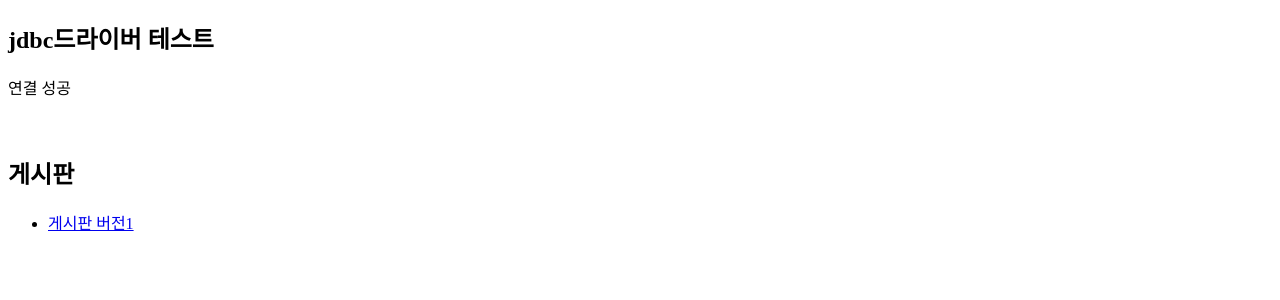
Repository: lty516/jspwork
Page: http://localhost/DBproject/
These files come from the project's save history. The page is drawn as it stood at one moment and after the next save; the edit follows.
The browser window is 1280 px wide. The pictures show the whole page.
The page is served by Tomcat 9. Other server files are loaded and not shown.

Above is the page before, as saved 2020-08-18 04:13:29.

### DBproject/WebContent/index.jsp
<%@ page  contentType="text/html; charset=utf-8"%>
<%@ page import="java.sql.*" %>
<!DOCTYPE html>
<html>
<head>
<meta charset="utf-8">
<title>Insert title here</title>
</head>
<body>
<h2>jdbc드라이버 테스트</h2>
<%
   Connection con = null;

   Class.forName("com.mysql.jdbc.Driver");
   String url = "jdbc:mysql://localhost:3306/world";
   con = DriverManager.getConnection(url, "root", "1111");

   if(con != null){
      out.println("연결 성공");
   }
   else {
      out.println("연결 실패");
   }

   con.close();
%>
<br><br><br>

	<h2>게시판</h2>
	<ul>
		<li><a href="v1/list.jsp">게시판 버전1</a></li>
	</ul>
</body>
</html>

After the next save:
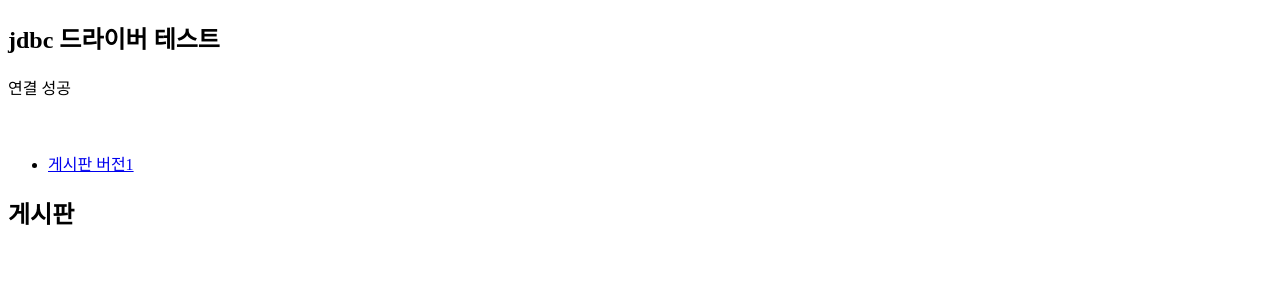
Saved 31 s later.
--- a/DBproject/WebContent/index.jsp
+++ b/DBproject/WebContent/index.jsp
@@ -7,7 +7,7 @@
 <title>Insert title here</title>
 </head>
 <body>
-<h2>jdbc드라이버 테스트</h2>
+<h2>jdbc 드라이버 테스트</h2>
 <%
    Connection con = null;
 
@@ -26,9 +26,9 @@
 %>
 <br><br><br>
 
-	<h2>게시판</h2>
 	<ul>
 		<li><a href="v1/list.jsp">게시판 버전1</a></li>
 	</ul>
+<h2>게시판</h2>
 </body>
 </html>

After the 2 saves that followed:
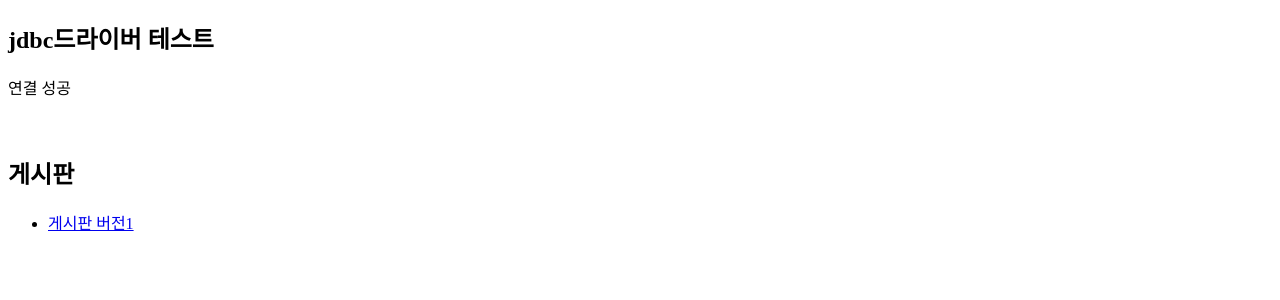
The 2 saves are shown as one change because 1 left the picture as it was.
The last was saved 79 s later.
--- a/DBproject/WebContent/index.jsp
+++ b/DBproject/WebContent/index.jsp
@@ -7,7 +7,7 @@
 <title>Insert title here</title>
 </head>
 <body>
-<h2>jdbc 드라이버 테스트</h2>
+<h2>jdbc드라이버 테스트</h2>
 <%
    Connection con = null;
 
@@ -26,9 +26,11 @@
 %>
 <br><br><br>
 
-	<ul>
-		<li><a href="v1/list.jsp">게시판 버전1</a></li>
-	</ul>
 <h2>게시판</h2>
+<ul>
+   <li><a href="v1/List.jsp">게시판 버전1</a>
+
+</ul>
+
 </body>
 </html>
